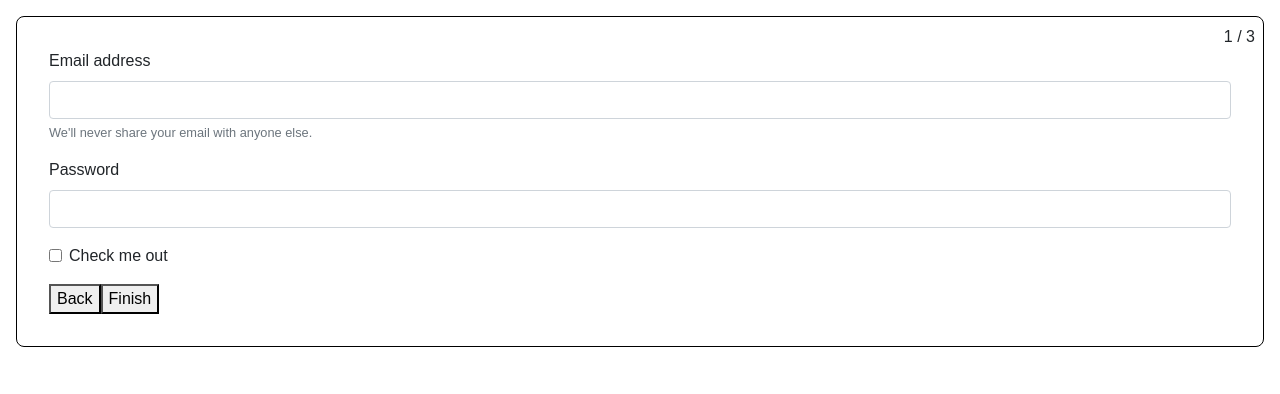
Repository: Aminox84/frontend-main
Page: /
The author's editor kept a copy of each file at every save. The page is drawn from the files as they stood at one save, then again after the next save.
The browser window is 1280 px wide. The pictures show the whole page.
The project was rebuilt for these pictures with package versions that can differ from the ones it lists, and the page was loaded fresh each time. Also part of the build but not shown: src/AddressForm.tsx, src/AccountForm.tsx.

Above is the page before, as saved 2022-12-29 19:10:23.

### public/index.html
<!DOCTYPE html>
<html lang="en">
  <head>
    <meta charset="utf-8" />
    <link rel="icon" href="%PUBLIC_URL%/favicon.ico" />
    <meta name="viewport" content="width=device-width, initial-scale=1" />
    <meta name="theme-color" content="#000000" />
    <meta
      name="description"
      content="Web site created using create-react-app"
    />
    <link rel="apple-touch-icon" href="%PUBLIC_URL%/logo192.png" />

    <link rel="manifest" href="%PUBLIC_URL%/manifest.json" />
    <link rel="stylesheet" href="https://cdn.jsdelivr.net/npm/bootstrap@4.4.1/dist/css/bootstrap.min.css" integrity="sha384-Vkoo8x4CGsO3+Hhxv8T/Q5PaXtkKtu6ug5TOeNV6gBiFeWPGFN9MuhOf23Q9Ifjh" crossorigin="anonymous">

    <title>React App</title>
  </head>
  <body>
    <noscript>You need to enable JavaScript to run this app.</noscript>
    <div id="root"></div>
    <script src="https://code.jquery.com/jquery-3.4.1.slim.min.js" integrity="sha384-J6qa4849blE2+poT4WnyKhv5vZF5SrPo0iEjwBvKU7imGFAV0wwj1yYfoRSJoZ+n" crossorigin="anonymous"></script>
    <script src="https://cdn.jsdelivr.net/npm/popper.js@1.16.0/dist/umd/popper.min.js" integrity="sha384-Q6E9RHvbIyZFJoft+2mJbHaEWldlvI9IOYy5n3zV9zzTtmI3UksdQRVvoxMfooAo" crossorigin="anonymous"></script>
    <script src="https://cdn.jsdelivr.net/npm/bootstrap@4.4.1/dist/js/bootstrap.min.js" integrity="sha384-wfSDF2E50Y2D1uUdj0O3uMBJnjuUD4Ih7YwaYd1iqfktj0Uod8GCExl3Og8ifwB6" crossorigin="anonymous"></script>
  </body>
</html>

### src/App.tsx
import React from 'react';
import { useMultistepForm } from './useMultistepForm';
import { AddressForm } from './AddressForm';
import { AccountForm } from './AccountForm';
import { UserForm } from './userForm';


function App() {


const {steps,currentStepIndex,step,isFirstStep,isLastStep,back,next} = useMultistepForm([<UserForm />,<AddressForm />,<AccountForm />])

  return (
    <div style={{position:"relative",background:"white",border:"1px solid  black",padding:"2rem",margin:"1rem",borderRadius:".5rem",fontFamily:"Arial"}}>
      <form>
       <div style={{position:"absolute",top:".5rem",right:".5rem"}}> {currentStepIndex + 1} / {steps.length}</div>
       {step}
       <div style={{marginTop:"1rem",display:"fex",gap:".5rem",justifyContent:"flex-end"}}></div>
       {!isFirstStep && <button type="button" onClick={back}>Back</button>}
       <button type="button" onClick={next}>{isLastStep ? "Finish" : "Next"}</button>
      </form>
    </div>
  );
}

export default App;

### src/useMultistepForm.ts
import {ReactElement,useState} from 'react'



export function useMultistepForm(steps: ReactElement[]){

const [currentStepIndex, setCurrentStepIndex]=useState(0)

function next(){
setCurrentStepIndex(i=>{
    if ( i > steps.length-1) return i
    return i +1
})
}
function back(){
    setCurrentStepIndex(i=>{
        if ( i <= 0) return i
        return i -1
    })
}
function goTo(index:number){
    setCurrentStepIndex(index);
}





return {
    currentStepIndex,
    step: steps[currentStepIndex],
    goTo,
    next,
    back,
    steps,
    isFirstStep: currentStepIndex!==0,
    isLastStep: steps.length-1,
}

}

### src/userForm.tsx
export function UserForm(){
    return (
        <>
        <form>
  <div className="form-group">
    <label htmlFor="exampleInputEmail1">Email address</label>
    <input type="email" className="form-control" id="exampleInputEmail1" aria-describedby="emailHelp" />
    <small id="emailHelp" className="form-text text-muted">We'll never share your email with anyone else.</small>
  </div>
  <div className="form-group">
    <label htmlFor="exampleInputPassword1">Password</label>
    <input type="password" className="form-control" id="exampleInputPassword1" />
  </div>
  <div className="form-group form-check">
    <input type="checkbox" className="form-check-input" id="exampleCheck1" />
    <label className="form-check-label" htmlFor="exampleCheck1">Check me out</label>
  </div>
</form>
        </>
    )
}

Loaded but not shown: src/index.tsx (common file)

After the next save:
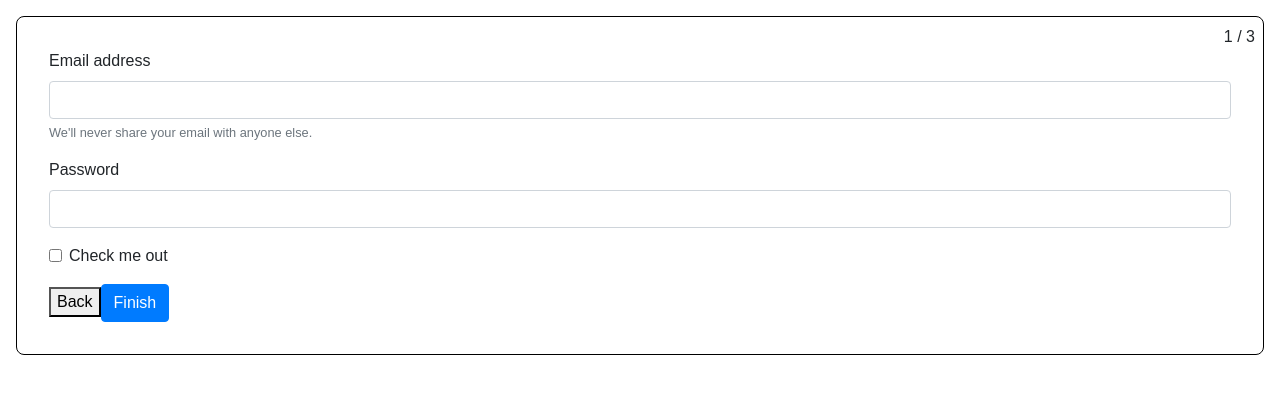
Saved 24 s later.
--- a/src/App.tsx
+++ b/src/App.tsx
@@ -17,7 +17,7 @@ const {steps,currentStepIndex,step,isFirstStep,isLastStep,back,next} = useMultis
        {step}
        <div style={{marginTop:"1rem",display:"fex",gap:".5rem",justifyContent:"flex-end"}}></div>
        {!isFirstStep && <button type="button" onClick={back}>Back</button>}
-       <button type="button" onClick={next}>{isLastStep ? "Finish" : "Next"}</button>
+       <button type="button" className='btn btn-primary' onClick={next}>{isLastStep ? "Finish" : "Next"}</button>
       </form>
     </div>
   );
